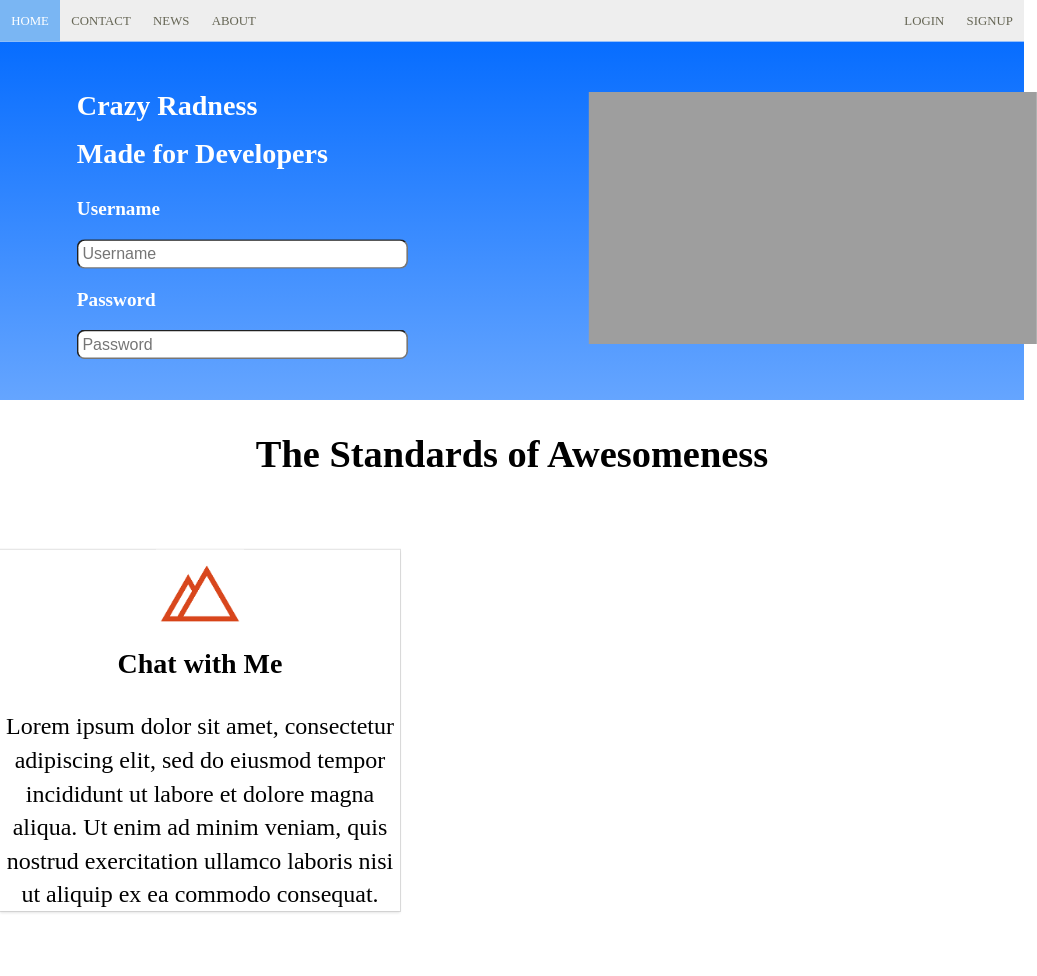
Repository: jesar-enl/My-CSS-Website
Page: index.html
An editor plug-in stored every save of this project. The page is shown before and after the next save, followed by the edit.
The browser window is 1280 px wide. The page is 1296 px wide, so the pictures cover 1296 px, including what lies to the right of the window. The pictures show the whole page, at 80% of full size.
Pictures or frames that could not be fetched are drawn as grey boxes.

Above is the page before, as saved 2022-07-27 12:55:11.

After the next save:
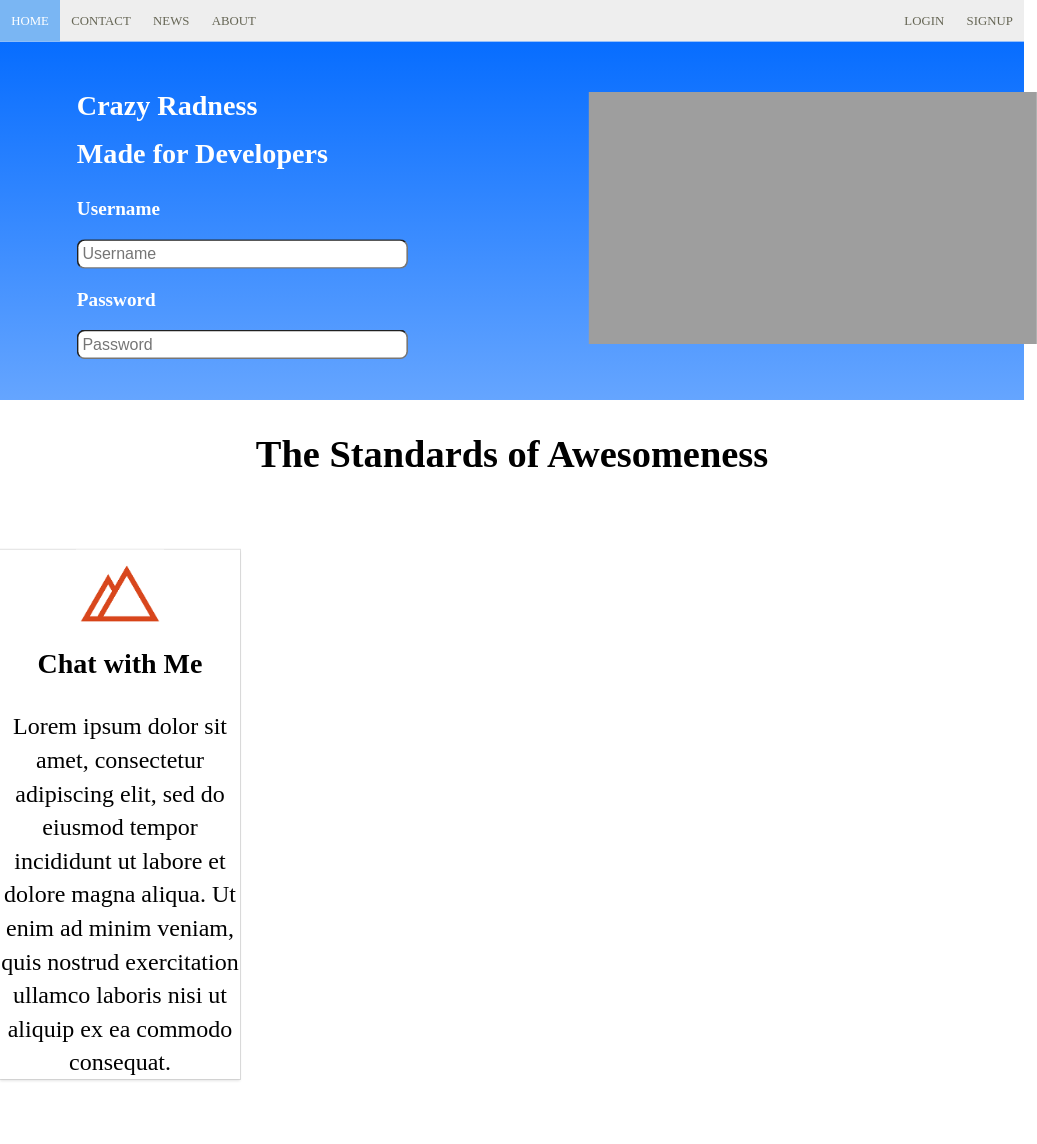
Saved 2 min 56 s later.
--- a/style.css
+++ b/style.css
@@ -132,7 +132,7 @@ ul.topnav li a:hover {
 
 .box {
   text-align: center;
-  width: 500px;
+  width: 300px;
   background-color: #fff;
   /*
     The "box-shadow" syntax is as follows:
